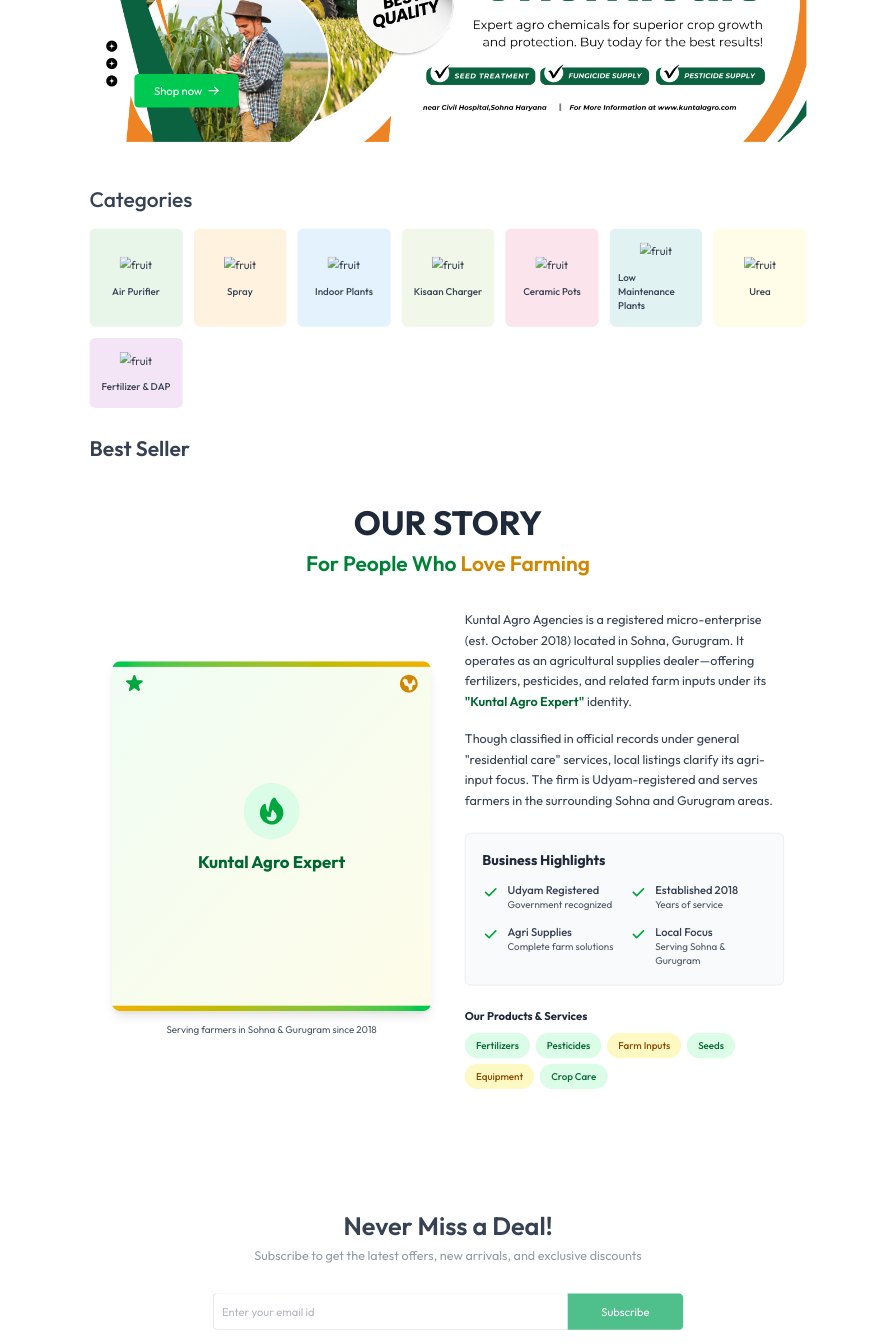
Repository: deepak445566/cv
Page: / (app in client/)
An editor plug-in stored every save of this project. The page is shown before and after a run of saves, followed by the edit.
The browser window is 1280 px wide. The pictures show the part of the page from y = 324 to 2244 px (the page is 2617 px tall before and 2237 px after), at 70% of full size.
The page's requests for data from a server got no answer. Some web fonts or font styles are not loaded; a fallback is used. The project was rebuilt for these pictures with package versions that can differ from the ones it lists, and the page was loaded fresh each time. No one was signed in, and anything a server would have sent is missing. Also part of the build but not shown: client/vite.config.js, client/src/components/ProductCard.jsx, client/src/components/BottomBanner.jsx, client/src/components/Login.jsx, client/src/pages/AllProduct.jsx, client/src/pages/Productcato.jsx, client/src/pages/ProductDetail.jsx, client/src/pages/Cart.jsx and 8 more.

Above is the page before, as saved 2025-12-14 19:53:10.

### client/index.html
<!doctype html>
<html lang="en">
  <head>
    <meta charset="UTF-8" />
    <link rel="icon" type="image/svg+xml" href="/favicon.svg" />
    <meta name="viewport" content="width=device-width, initial-scale=1.0" />
    <title>Grocery</title>
  </head>
  <body>
    <div id="root"></div>
    <script type="module" src="/src/main.jsx"></script>
  </body>
</html>

### client/src/main.jsx
import { StrictMode } from 'react'
import { createRoot } from 'react-dom/client'
import './index.css'
import App from './App.jsx'
import {BrowserRouter} from 'react-router-dom'
import { AppContextProvider } from './context/AppContext.jsx'


createRoot(document.getElementById('root')).render(
  <BrowserRouter>
  <AppContextProvider>
    <App />
    </AppContextProvider>
 </BrowserRouter>,
)

### client/src/index.css



@import url('https://fonts.googleapis.com/css2?family=Anton&family=Archivo+Black&family=Bebas+Neue&family=Bungee&family=Exo+2:ital,wght@0,100..900;1,100..900&family=Frijole&family=Kaushan+Script&family=Lilita+One&family=Mozilla+Headline:wght@200..700&family=Outfit:wght@100..900&family=Poppins:ital,wght@0,100;0,200;0,300;0,400;0,500;0,600;0,700;0,800;0,900;1,100;1,200;1,300;1,500;1,600;1,700;1,800;1,900&family=Rowdies:wght@300;400;700&family=Signika+Negative:wght@300..700&display=swap');

@import "tailwindcss";

*{
  font-family: "Outfit", sans-serif;
}
@theme {
  --color-primary:#4fbf8b;
  --color-primary-dull: #44ae7c;
}

### client/src/App.jsx
import React from 'react'
import Navbar from './components/Navbar'
import Home from './pages/Home'
import { Route, Routes, useLocation } from 'react-router-dom'
import { Toaster } from 'react-hot-toast';
import Footer from './components/Footer';
import { useAppContext } from './context/AppContext';
import Login from './components/Login';
import AllProduct from './pages/AllProduct';
import Productcato from './pages/Productcato';
import ProductDetail from './pages/ProductDetail';
import Cart from './pages/Cart';
import Addaddress from './components/Addaddress';
import Myorders from './pages/Myorders';
import SellerLogin from './components/seller/SellerLogin';
import SellerLayout from './pages/seller/SellerLayout';
import Addproduct from './pages/seller/Addproduct';
import ProductList from './pages/seller/ProductList';
import Order from './pages/seller/Order';
import Loading from './components/Loading';

function App() {

  const isSellerPath = useLocation().pathname.includes("seller");
const {showLogin,isSeller} =useAppContext();


  return (
  <>
  <div className='text-default min-h-screen text-gray-700 bg-white'>
{isSellerPath ? null : <Navbar/>}
{showLogin ? <Login/> : null}
<Toaster></Toaster>
<div className={` ${isSellerPath ? " ":"px-6 md:px-16 lg:px-24 xl:px-32" }`}>
  <Routes>
    <Route path='/' element={<Home/>}/>
    <Route path='/products' element={<AllProduct/>}/>
    <Route path='/products/:category' element={<Productcato/>}/>
    <Route path='/products/:category/:id' element={<ProductDetail/>}/>
  <Route path='/cart' element={<Cart/>}/>
  <Route path='/add-address' element={<Addaddress/>}/>
  <Route path='/myOrders' element={<Myorders/>}/>
<Route path="/loader" element={<Loading/>}/>



  <Route path='/seller' element={isSeller?<SellerLayout/> :<SellerLogin/>}>
  <Route index element={isSeller?<Addproduct/>:null} />
<Route path='product-list' element={isSeller?<ProductList/>:null} />
<Route path='orders' element={<Order/>}/>



  </Route>


  </Routes>
</div>
 {!isSellerPath && <Footer />}
</div>
  </>
  )
}

export default App

### client/src/context/AppContext.jsx
import { createContext, useContext, useEffect, useState } from "react";
import { useNavigate } from "react-router-dom";
import { dummyProducts } from "../assets/assets";
import toast from "react-hot-toast";
import axios from "axios";


axios.defaults.withCredentials = true;
axios.defaults.baseURL = import.meta.env.VITE_BACKEND_URL;






export const AppContext = createContext();

export const AppContextProvider = ({ children }) => {
  const navigate = useNavigate();

  const [user, setUser] = useState(null);
  const [isSeller, setIsSeller] = useState(false);
  const [showLogin, setShowLogin] = useState(false);
  const [products, setProducts] = useState([]);
  const [cartItems, setCartItems] = useState({});
  const [search, setSearch] = useState({});

  //status//
  const fetchSeller = async () =>{
    try {
      const {data} = await axios.get("/api/seller/isauth");
      if(data.success){
        setIsSeller(true);
      }
      else{
        setIsSeller(false);
      }
    } catch (error) {
      setIsSeller(false);
    }
  }



  const fetchUser = async ()=>{
    try {
      const {data} = await axios.get('/api/user/isauth');
      if(data.success){
        setUser(data.user)
        setCartItems(data.user.cartItems)

      }
    } catch (error) {
      setUser(null)
    }
  }


  // Fetch products
  const fetchProducts = async () => {
   try{
const {data} = await axios.get("/api/product/list")
if(data.success){
  setProducts(data.products)
}else{
  toast.error(data.message)
}
   }catch(error){
toast.error(error.message)
   }
  };

  // Add to cart
  const addToCart = (itemId) => {
    let cartData = structuredClone(cartItems);
    if (cartData[itemId]) {
      cartData[itemId] += 1;
    } else {
      cartData[itemId] = 1;
    }
    setCartItems(cartData);
    console.log(cartItems);
    toast.success("Added to Cart");
  };

  // Update cart quantity
  const updateCart = (itemId, quantity) => {
    let cartData = structuredClone(cartItems);
    if (quantity <= 0) {
      delete cartData[itemId];
    } else {
      cartData[itemId] = quantity;
    }
    setCartItems(cartData);
  };

  // Remove product from cart completely
  const removeFromCart = (itemId) => {
    let cartData = structuredClone(cartItems);
    if (cartData[itemId]) {
      delete cartData[itemId];
      setCartItems(cartData);
      toast.success("Removed from Cart");
    }
  };

  const getcount = () => {
    let totalcount = 0;
    for (const item in cartItems) {
      totalcount += cartItems[item];
    }
    return totalcount;
  };

  const gettotal = () => {
    let totalAmount = 0;
    for (const itemId in cartItems) {
      let itemInfo = products.find((pro) => pro._id === itemId);
      if (itemInfo && cartItems[itemId] > 0) {
        totalAmount += itemInfo.offerPrice * cartItems[itemId]; // ✅ fixed property name
      }
    }
    return Math.floor(totalAmount * 100) / 100;
  };

  useEffect(() => {
    fetchSeller()
    fetchUser()
    fetchProducts()
  }, []);
//databasecrt items//
useEffect(()=>{
const updateCart = async () => {
  try {
    const { data } = await axios.post('/api/cart/update', {
      userId: user._id,   // make sure user object has _id
      cartItems
    });
    if (!data.success) {
      toast.error(data.message);
    }
  } catch (error) {
    toast.error(error.message);
  }
};

if(user){
  updateCart()
}


},[cartItems])



  const value = {
    navigate,
    user,
    setUser,
    isSeller,
    setIsSeller,
    showLogin,
    setShowLogin,
    products,
    addToCart,
    updateCart,
    removeFromCart, // ⬅ new function
    cartItems,
    search,
    setSearch,
    getcount,
    gettotal,
    axios,
    fetchProducts,
    setCartItems
  };

  return <AppContext.Provider value={value}>{children}</AppContext.Provider>;
};

// Custom hook
export const useAppContext = () => {
  return useContext(AppContext);
};

### client/src/components/Navbar.jsx
import React, { useEffect } from 'react'
import { NavLink } from 'react-router-dom'
import { assets } from '../assets/assets'
import { useAppContext } from '../context/AppContext'
import toast from 'react-hot-toast'
function Navbar() {
     const [open, setOpen] = React.useState(false)
     const {user,setUser,setShowLogin,navigate,setSearch,search,getcount,axios}= useAppContext();

     useEffect(()=>{
if(search.length>0){
  navigate("/products")
}
     },[search])


     const Logout=async()=>{

      try{
const {data} = await axios.get("/api/user/logout")
if(data.success){
  toast.success(data.message)
     setUser(null);
      navigate('/')
}else{
  toast.error(data.message)
}
      }catch(error){
toast.error(error.message)
      }

     }
  return (
  <>
 <nav className="flex items-center justify-between px-6 md:px-16 lg:px-24  py-2 border-b border-gray-300 bg-white relative transition-all z-40">

          <NavLink to='/' onClick={()=>setOpen(false)}>
            <img src="/logo1.png" className='h-15 w-15'/>
          </NavLink>

            {/* Desktop Menu */}
            <div className="hidden sm:flex items-center gap-8">
              <NavLink to="/">Home</NavLink>
                <NavLink to="/products">All Products</NavLink>
                  <NavLink to="/">Contact</NavLink>

                <div className="hidden lg:flex items-center text-sm gap-2 border border-gray-300 px-3 rounded-full">
                    <input onChange={(e)=>setSearch(e.target.value)} className="py-1.5 w-full bg-transparent outline-none placeholder-gray-500" type="text" placeholder="Search products" />
                   <img src={assets.search_icon} className='w-4 h-4'/>
                </div>

                <div onClick={()=>navigate("/cart")} className="relative cursor-pointer ">
                   <img src={assets.nav_cart_icon} className='w-6 opacity-80'/>
                    <button className="absolute -top-2 -right-3 text-xs text-white bg-primary w-[18px] h-[18px] rounded-full">{getcount()}</button>
                </div>

                {!user ? (<button onClick={()=>setShowLogin(true)} className="cursor-pointer px-8 py-2 bg-primary hover:bg-primary-dull transition text-white rounded-full">
                    Login
                </button>):(
                  <div className='relative group'>

                    <img src={assets.profile_icon} className='w-10'/>
                    <ul className='hidden group-hover:block absolute top-10 right-0 bg-white shadow border border-gray-200  py-2.5 w-30 rounded-md text-sm z-40'>
                      <li onClick={()=>navigate("myOrders")} className='p-1.5 pl-3 hover:bg-primary/10 cursor-pointer'>
                        My Orders
                      </li>
                      <li onClick={()=>Logout()} className='p-1.5 pl-3 hover:bg-primary/10 cursor-pointer'>Logout</li>
                    </ul>
                  </div>
                )}
            </div>
<div className='flex items-center gap-6 sm:hidden'>

                <div onClick={()=>navigate("/cart")} className="relative cursor-pointer ">
                   <img src={assets.nav_cart_icon} className='w-6 opacity-80'/>
                    <button className="absolute -top-2 -right-3 text-xs text-white bg-primary w-[18px] h-[18px] rounded-full">{getcount()}</button>
                </div>
    <button onClick={() => open ? setOpen(false) : setOpen(true)} aria-label="Menu" >
                {/* Menu Icon SVG */}
              <img src={assets.menu_icon}/>
            </button>
</div>


            {/* Mobile Menu */}
            <div className={`${open ? 'flex' : 'hidden'} absolute top-[60px] left-0 w-full bg-white shadow-md py-4 flex-col items-start gap-2 px-5 text-sm md:hidden`}>
              <NavLink to="/" onClick={()=>setOpen(false)}>Home</NavLink>
                       <NavLink to="/products" onClick={()=>setOpen(false)}>All Products</NavLink>
                       {user &&
                             <NavLink to="/products" onClick={()=>setOpen(false)}>My Orders</NavLink>}

              <NavLink to="/" onClick={()=>setOpen(false)}>Contact</NavLink>


              {!user?( <button          onClick={()=>{setOpen(false), setShowLogin(true)}}

              className="cursor-pointer px-6 py-2 mt-2 bg-primary hover:bg-primary-dull transition text-white rounded-full text-sm">

                    Login
                </button>):( <button onClick={()=>Logout()} className="cursor-pointer px-6 py-2 mt-2 bg-primary hover:bg-primary-dull transition text-white rounded-full text-sm">
                    Logout
                </button>)}

            </div>

        </nav>
  </>
  )
}

export default Navbar

### client/src/pages/Home.jsx
import React from 'react'

import MainBanner from '../components/MainBanner'
import Categories from '../components/Categories'
import BestSeller from '../components/BestSeller'
import BottomBanner from '../components/BottomBanner'
import NewsLetter from '../components/NewsLetter'
import OurStory from '../components/ourStory'

export default function() {
  return (
   <>
   <div className='mt-10'>
    <MainBanner/>
    <Categories/>
    <BestSeller/>
    <OurStory/>

    <NewsLetter/>

   </div>
   </>
  )
}

### client/src/components/Footer.jsx
import React from 'react'
import { assets, footerLinks } from '../assets/assets'

function Footer() {
  return (
 <>
  <div className="px-6 md:px-16 lg:px-24 xl:px-32 mt-24">
            <div className="flex flex-col md:flex-row items-start justify-between gap-10 py-10 border-b border-gray-500/30 text-gray-500">
                <div>
                    <img className="w-34 md:w-32" src={assets.logo} alt="dummyLogoColored" />
                    <p className="max-w-[410px] mt-6">We deliver fresh groceries and snacks straight to your door. Trusted by thousands, we aim to make your shopping experience simple and affordable.</p>
                </div>
                <div className="flex flex-wrap justify-between w-full md:w-[45%] gap-5 ">
                    {footerLinks.map((section, index) => (
                        <div key={index}>
                            <h3 className="font-semibold text-base text-gray-900 md:mb-5 mb-2">{section.title}</h3>
                            <ul className="text-sm space-y-1">
                                {section.links.map((link, i) => (
                                    <li key={i}>
                                        <a href={link.url} className="hover:underline transition">{link.text}</a>
                                    </li>
                                ))}
                            </ul>
                        </div>
                    ))}
                </div>
            </div>
            <p className="py-4 text-center text-sm md:text-base text-gray-500/80">
                Copyright 2025 © <a href="https://prebuiltui.com">GreatStack.dev</a> All Right Reserved.
            </p>
        </div>

 </>
  )
}

export default Footer

### client/src/components/MainBanner.jsx
import React from "react";
import { assets } from "../assets/assets";
import { Link } from "react-router-dom";

function MainBanner() {
  return (
    <div className="relative w-full">
      {/* Banner image */}
      <img
        src="/main1.png"
        alt="Main banner"
        className="w-full hidden md:block"
      />
      <img
        src={assets.main_banner_bg_sm}
        alt="Main banner mobile"
        className="w-full md:hidden"
      />

      {/* Overlay content */}
      <div className="absolute inset-0 flex flex-col justify-center md:items-start items-center px-6 md:px-16 mt-96 lg:mt-0 md:mt-0">


        {/* Buttons */}
        <div className="mt-66 flex flex-col md:flex-row items-center  md:justify-start gap-4">
          <Link
            to="/products"
            className="flex items-center gap-2 px-7 py-3 bg-green-500 hover:bg-green-600 text-white rounded-md transition"
          >
            Shop now
            <img
              src={assets.white_arrow_icon}
              alt="arrow"
              className="w-4 h-4"
            />
          </Link>


        </div>
      </div>
    </div>
  );
}

export default MainBanner;

### client/src/components/Categories.jsx
import React from "react";
import { assets, categories } from "../assets/assets";
import { useAppContext } from "../context/AppContext";

function Categories() {
  const { navigate } = useAppContext();
  return (
    <div className="mt-16">
      <p className="text-2xl md:text-3xl font-medium mb-6">Categories</p>

      <div className="grid grid-cols-2 sm:grid-cols-3 md:grid-cols-5 lg:grid-cols-6 xl:grid-cols-7 gap-4">
        {categories.map((cato, index) => (
          <div
            key={index}
            className="group cursor-pointer py-5 px-3 gap-2 rounded-lg flex flex-col justify-center items-center  "
            style={{ backgroundColor: cato.bgColor }}
            onClick={() => {
              navigate(`/products/${cato.path.toLowerCase()}`);
              scrollTo(0, 0);
            }}
          >
            <img
              src={cato.image}
              alt="fruit"
              className="transition-transform duration-300 group-hover:scale-110 max-w-28"
            />
            <p className="text-sm font-medium mt-2">{cato.text}</p>
          </div>
        ))}
        {/* Category Item */}
      </div>
    </div>
  );
}

export default Categories;

### client/src/components/BestSeller.jsx
import React from "react";
import ProductCard from "./ProductCard";
import { useAppContext } from "../context/AppContext";

function BestSeller() {
  const { products } = useAppContext();

  return (
    <div className="mt-10">
      {/* Heading */}
      <p className="text-2xl md:text-3xl font-semibold mb-4">
        Best Seller
      </p>

      {/* Products Grid */}
      <div className="grid grid-cols-2 sm:grid-cols-3 md:grid-cols-4 lg:grid-cols-5 gap-4 lg:gap-6">
        {products
          .filter((item) => item.inStock)
          .slice(0, 5)
          .map((item) => (
            <ProductCard key={item._id} product={item} />
          ))}
      </div>
    </div>
  );
}

export default BestSeller;

### client/src/components/NewsLetter.jsx
import React from 'react'

function NewsLetter() {
  return (
   <div className="flex flex-col items-center justify-center text-center space-y-2 mt-20">
            <h1 className="md:text-4xl text-2xl font-semibold">Never Miss a Deal!</h1>
            <p className="md:text-lg text-gray-500/70 pb-8">
                Subscribe to get the latest offers, new arrivals, and exclusive discounts
            </p>
            <form className="flex items-center justify-between max-w-2xl w-full md:h-13 h-12">
                <input
                    className="border border-gray-300 rounded-md h-full border-r-0 outline-none w-full rounded-r-none px-3 text-gray-500"
                    type="text"
                    placeholder="Enter your email id"
                    required
                />
                <button type="submit" className="md:px-12 px-8 h-full text-white bg-primary hover:bg-primary-dull transition-all cursor-pointer rounded-md rounded-l-none">
                    Subscribe
                </button>
            </form>
        </div>

  )
}

export default NewsLetter

Loaded but not shown: client/src/assets/assets.js (853 lines, source omitted); client/src/components/ourStory.jsx (171 lines, source omitted)

After the next 2 saves:
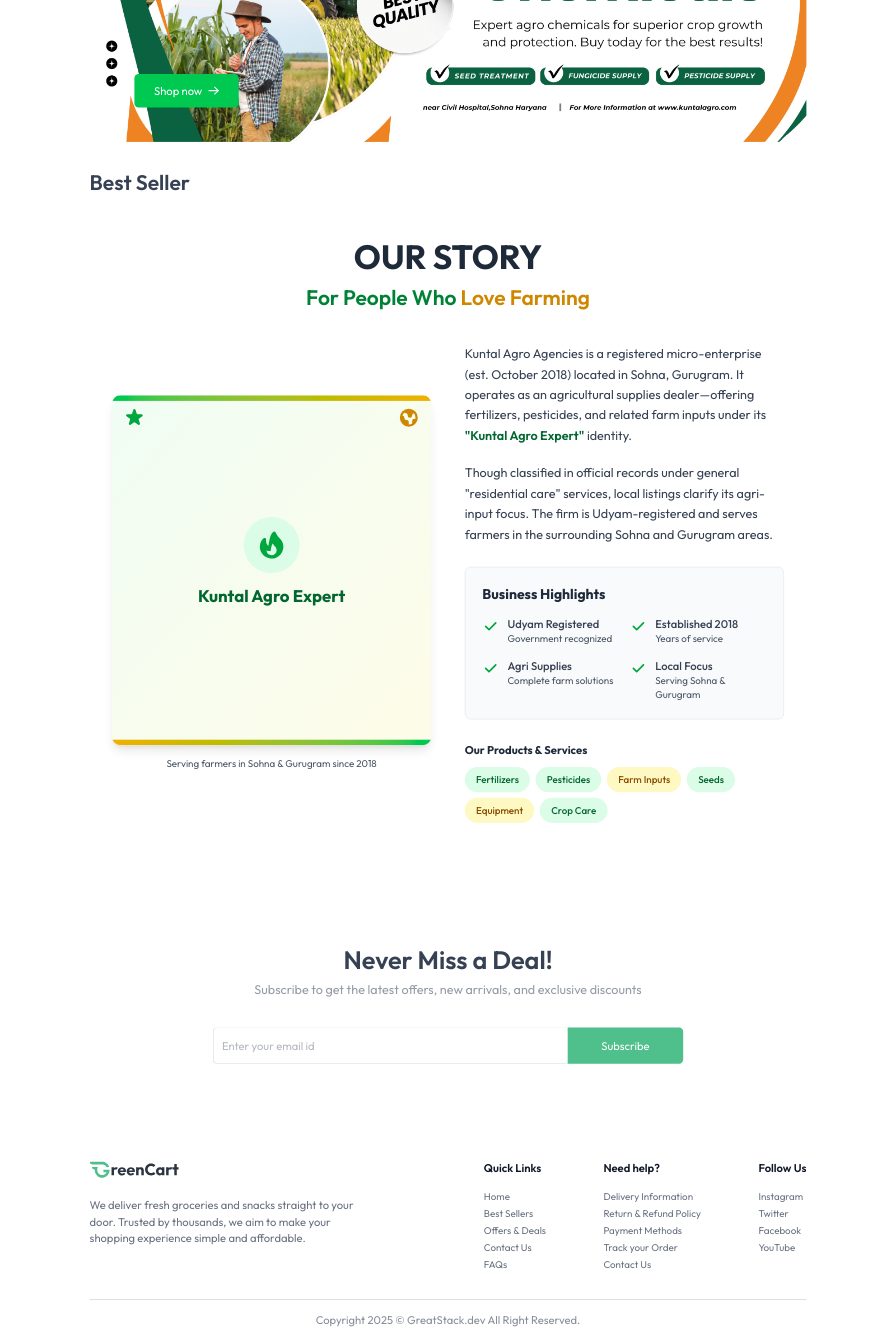
The 2 saves are shown as one change because they came seconds apart.
The last was saved 20 s later.
--- a/client/src/pages/Home.jsx
+++ b/client/src/pages/Home.jsx
@@ -3,7 +3,7 @@
 import MainBanner from '../components/MainBanner'
 import Categories from '../components/Categories'
 import BestSeller from '../components/BestSeller'
-import BottomBanner from '../components/BottomBanner'
+
 import NewsLetter from '../components/NewsLetter'
 import OurStory from '../components/ourStory'
 
@@ -12,7 +12,7 @@
    <>
    <div className='mt-10'>
     <MainBanner/>
-    <Categories/>
+
     <BestSeller/>
     <OurStory/>
 
